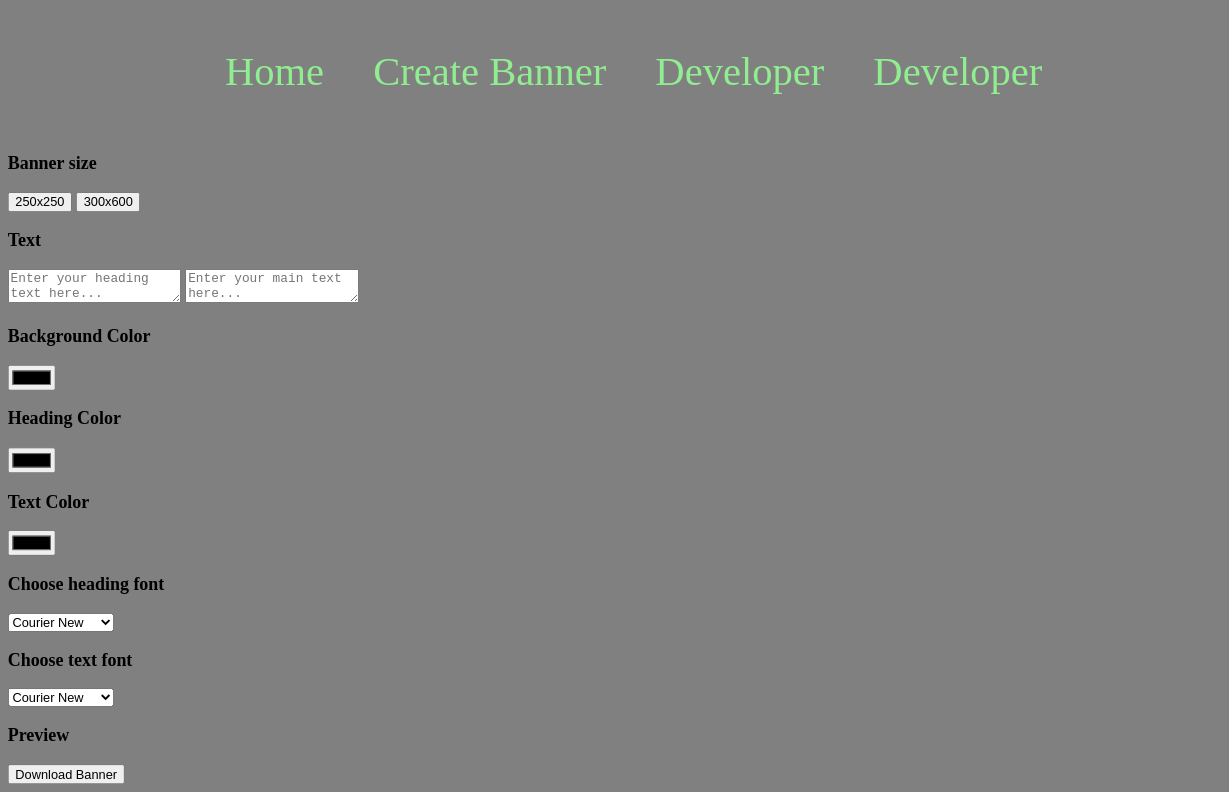
Repository: Yuravolontir/--Baner-Editor--
Page: banner.html
These files come from the project's save history. The page is drawn as it stood at one moment and after the next save; the edit follows.
The browser window is 1280 px wide. The pictures show the whole page, at 96% of full size.

Above is the page before, as saved 2025-07-15 20:19:04.

After the next save:
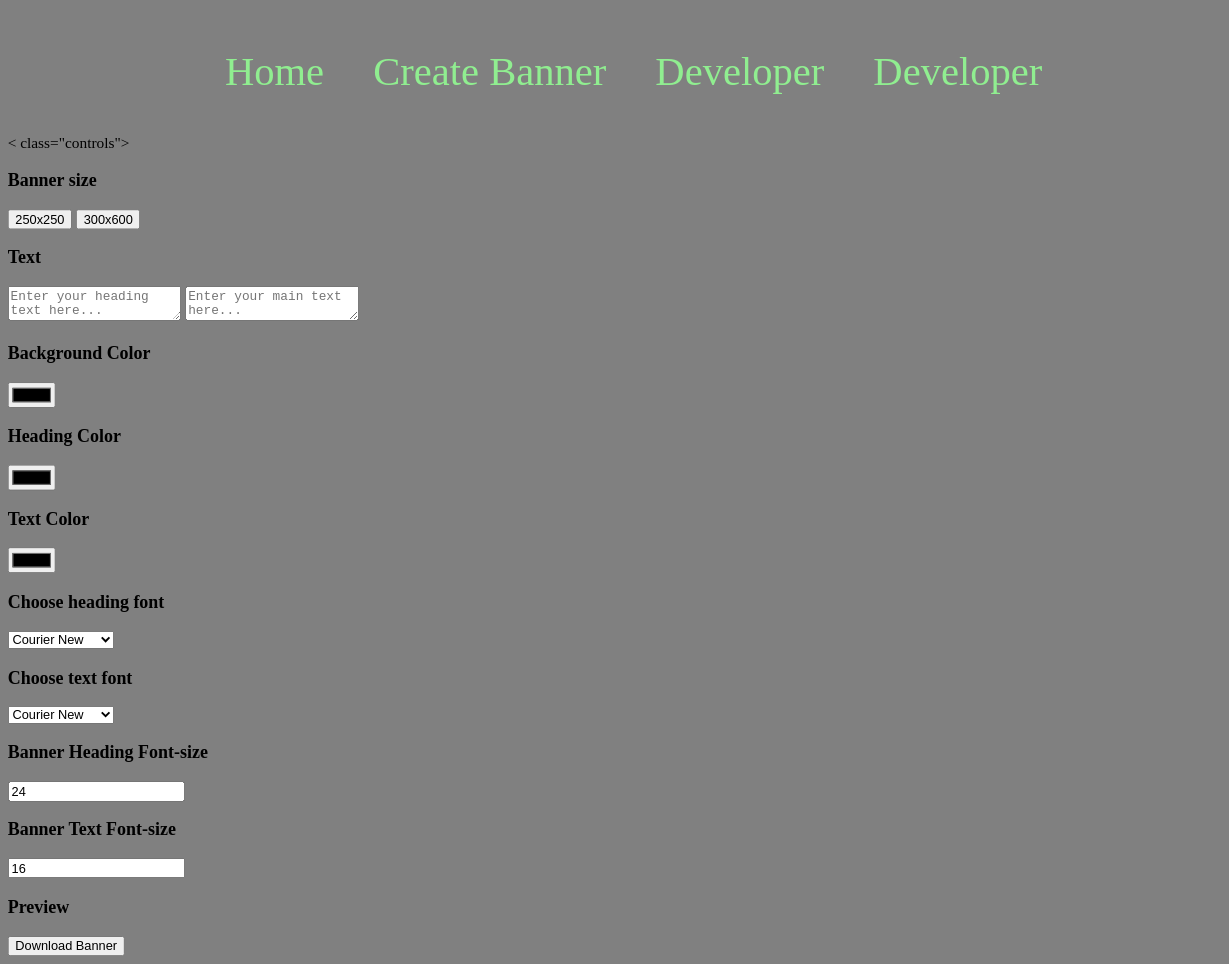
Saved 4 min 19 s later.
--- a/banner.html
+++ b/banner.html
@@ -29,7 +29,7 @@
     <li><a href="/thanks-to-developer.html">Developer</a></li>
     </ul>
 </nav>
-<div class="controls">
+< class="controls">
 <h3>Banner size</h3>
 <button id="250X250">250x250</button>
 <button id="300X600">300x600</button>
@@ -75,6 +75,10 @@
   <option value="DM Sans">DM Sans</option>
 </select>
 
+<h3>Banner Heading Font-size</h3>
+<input type="number" id="headingFontSize" placeholder="Enter font size in px" value="24">
+<h3>Banner Text Font-size</h3>
+<input type="number" id="textFontSize" placeholder="Enter font size in px" value="16">
 
 <h3>Preview</h3>
 <div id="preview">
